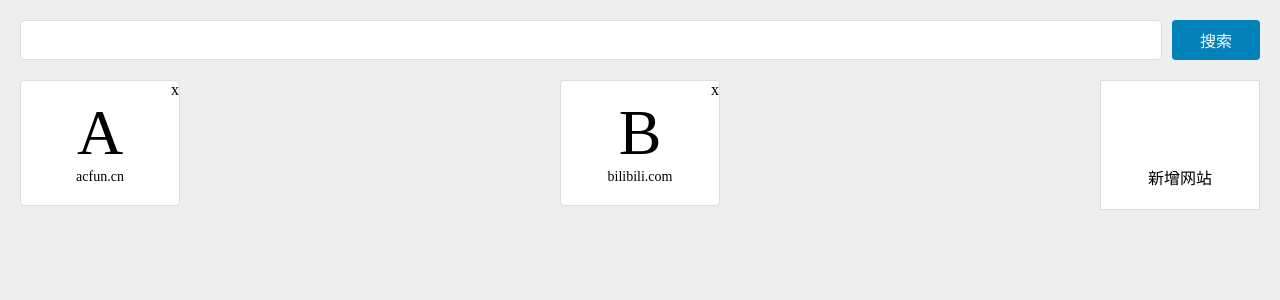
Repository: invierno123/nav
Page: index.html
These files come from the project's save history. The page is drawn as it stood at one moment and after the next save; the edit follows.
The browser window is 1280 px wide. The pictures show the whole page.

Above is the page before, as saved 2020-11-20 22:34:18.

After the next save:
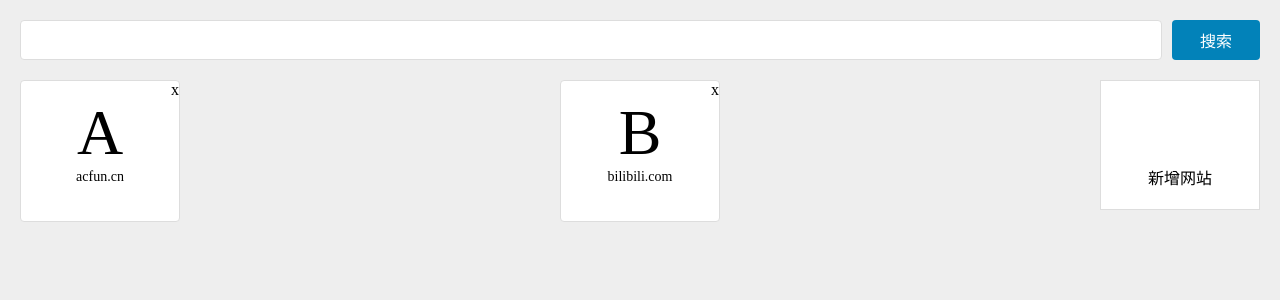
Saved 14 s later.
--- a/main.js
+++ b/main.js
@@ -21,7 +21,9 @@
              <div class="logo">${node.logo[0]}</div>
              <div class="link">${simplifyUrl(node.url)}</div>
              <div class="close">x</div>
-
+             <svg class="icon" aria-hidden="true">
+                 <use xlink:href="#icon-xxx"></use>
+             </svg>
          </div>
      </a>
   </li>`).insertBefore($lastLi)

After the 2 saves that followed:
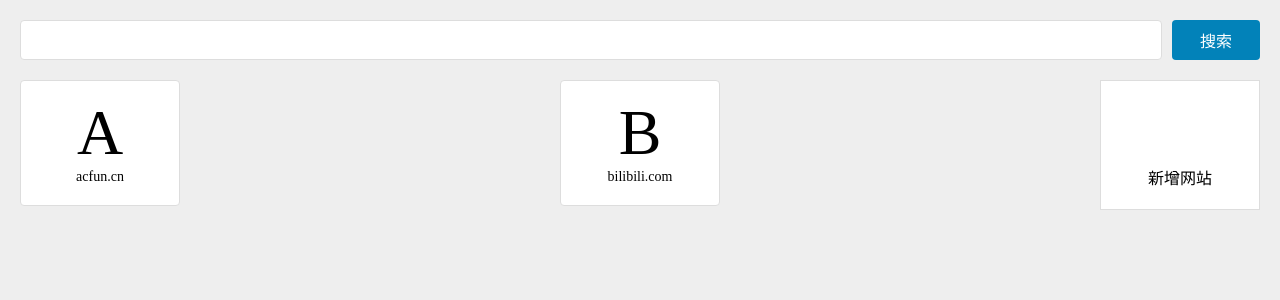
The 2 saves are shown as one change because 1 left the picture as it was.
The last was saved 78 s later.
--- a/main.js
+++ b/main.js
@@ -20,10 +20,11 @@
          <div class="site">
              <div class="logo">${node.logo[0]}</div>
              <div class="link">${simplifyUrl(node.url)}</div>
-             <div class="close">x</div>
-             <svg class="icon" aria-hidden="true">
-                 <use xlink:href="#icon-xxx"></use>
+             <div class="close">
+             <svg class="icon">
+                 <use xlink:href="#icon-close"></use>
              </svg>
+             </div>
          </div>
      </a>
   </li>`).insertBefore($lastLi)
